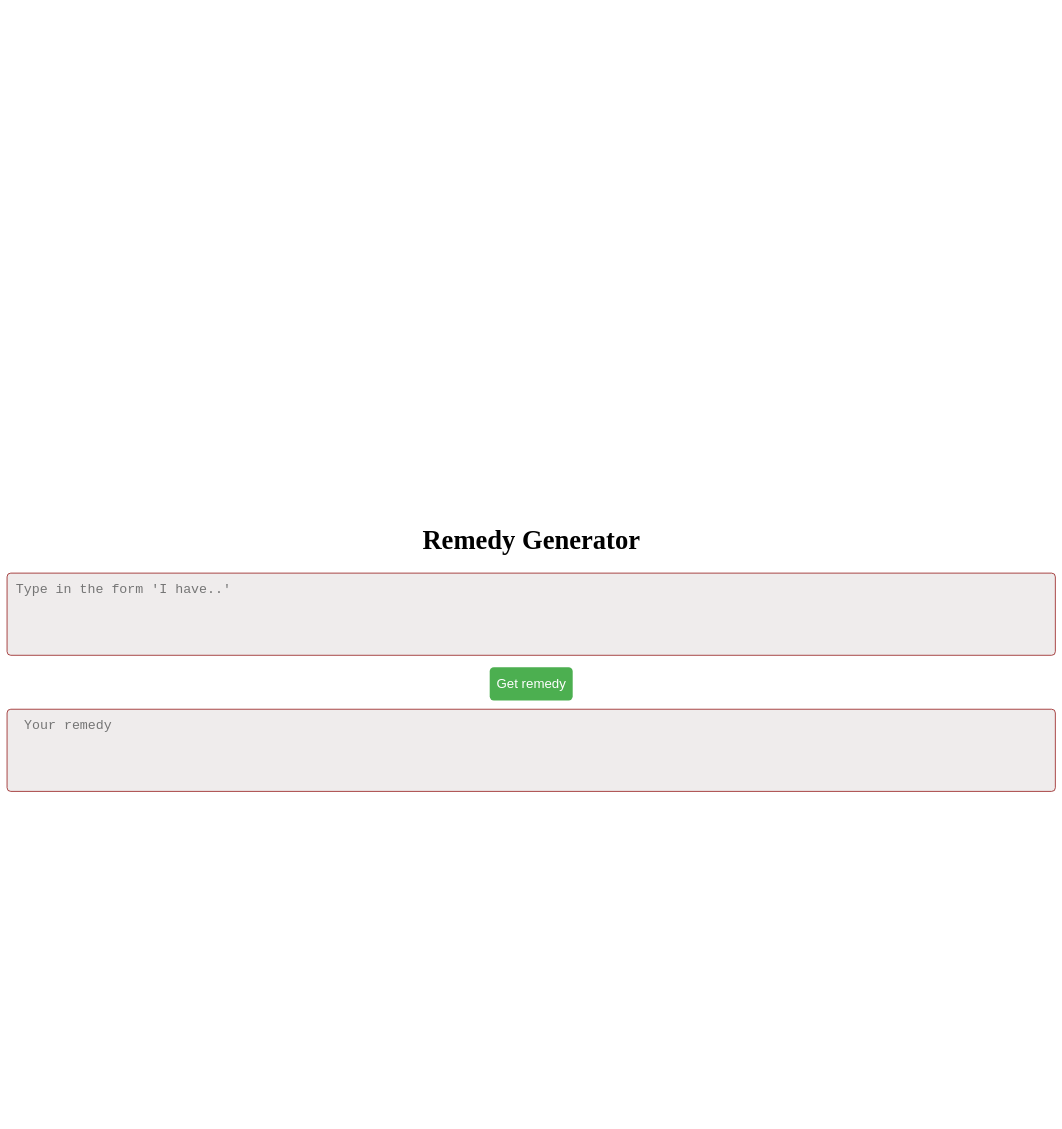
Repository: krutarthh/Ayurvedic-Remedy
Page: index.html
An editor plug-in stored every save of this project. The page is shown before and after the next save, followed by the edit.
The browser window is 1280 px wide. The pictures show the whole page, at 83% of full size.

Above is the page before, as saved 2024-04-06 17:33:26.

### index.html
<!DOCTYPE html>
<html>
  <head>

    <script type="importmap">
      {
        "imports": {
          "@google/generative-ai": "https://esm.run/@google/generative-ai"
        }
      }
    </script>
  </head>
  <body>
  <div class="container">
    <h1>Remedy Generator</h1>
    <link rel="stylesheet" href="app.css">
    <div>
      <textarea id="user_input" placeholder="Type in the form 'I have..'" type="container"></textarea>
    </div>
    <div>


    <button id="Send" type="container">Get remedy</button>
    </div>
    <div>
      <textarea id="answer" placeholder="Your remedy"type="container"></textarea>
    </div>
  </div>
    <script type="module" src="app.js"></script>
  </body>
</html>

### app.css
/* app.css */

.container {
    margin-top: 50%;
    flex-direction: column;
    align-items: center;
    justify-content: center;
    height: 100vh;
    text-align: center;
}

#user_input,
#answer {
    width: 100%;
    padding: 10px;
    font-size: 16px;
    border: 1px solid #992424;
    background: #efecec;
    border-radius: 5px;
    box-sizing: border-box;
    resize: none;
    height: 100px;
    margin: 0 auto;
}

#user_input {
    margin-bottom: 10px;
}

#Send {
    width: 100px;
    height: 40px;
    background-color: #4CAF50;
    color: white;
    border: none;
    border-radius: 5px;
    font-size: 16px;
    cursor: pointer;
}

#answer {
    padding-left: 20px;
    margin-top: 10px;
}

### app.js
import { GoogleGenerativeAI } from "@google/generative-ai";


const API_KEY = "AIzaSyDBtZZsASIYVyQiLgik32sfZeJjd2X8IPQ";


const genAI = new GoogleGenerativeAI(API_KEY);

const model = genAI.getGenerativeModel({ model: "gemini-pro" });


const user_input = document.getElementById("user_input");
const answer_area = document.getElementById("answer");
const send_button = document.getElementById("Send");

send_button.addEventListener("click", async () => {
    const question = user_input.value;
    const answer = await generateText(question + "give me a ayurvedic remidy, the answer should be short and specific behave like a chatbot dont format your answers just give simple text answers.");
    answer_area.textContent = answer;
});

async function generateText(prompt) {

    const result = await model.generateContent(prompt);
    const response = await result.response;
    const text = await response.text();
    return text;
}

After the next save:
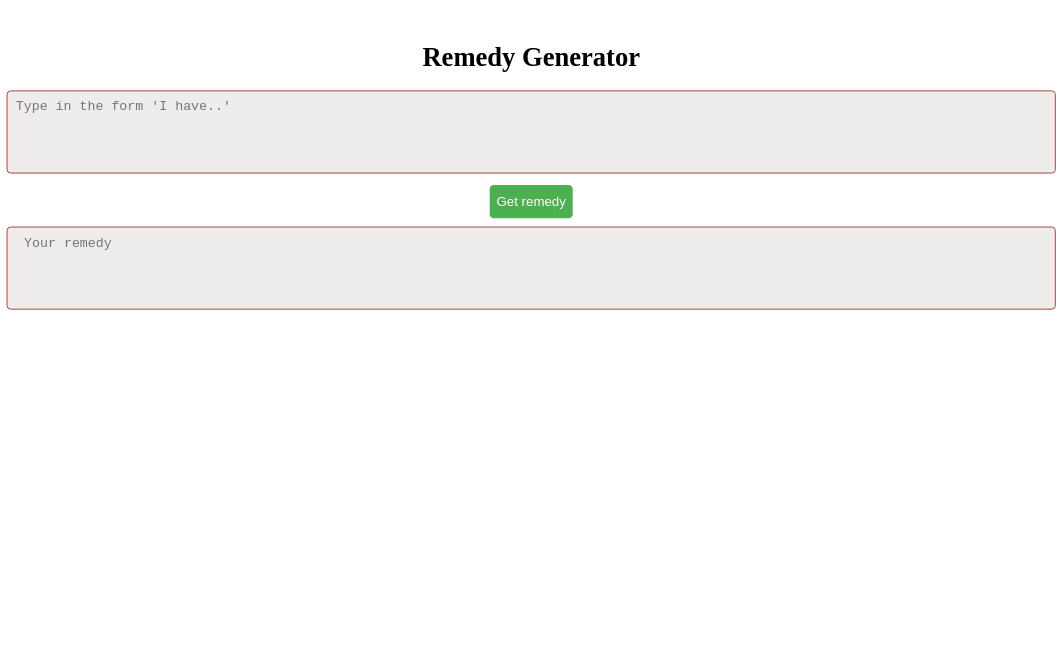
Saved 13 s later.
--- a/app.css
+++ b/app.css
@@ -1,7 +1,7 @@
 /* app.css */
 
 .container {
-    margin-top: 50%;
+    margin-top: 4%;
     flex-direction: column;
     align-items: center;
     justify-content: center;
